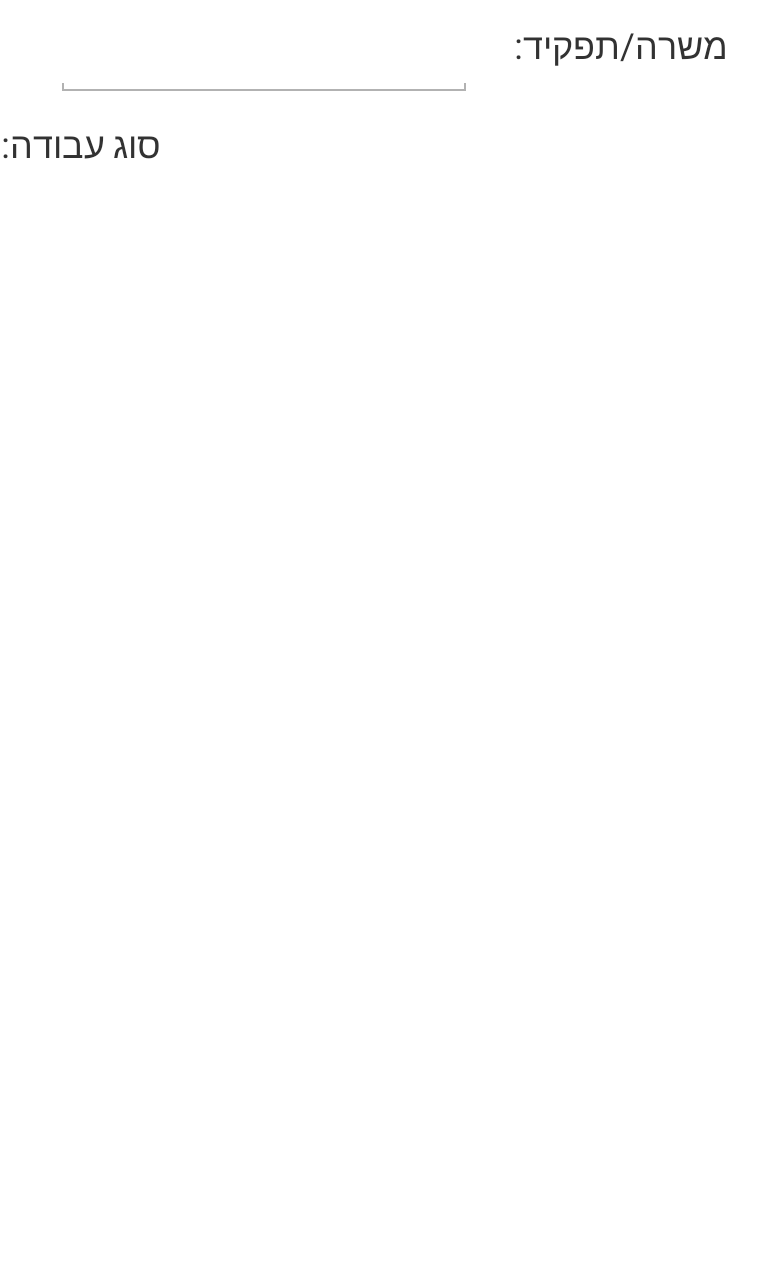
Repository: rodi055/jobli
Layout: Jobli/res/layout/fragment_create_job.xml
The author's editor kept a copy of each file at every save. The layout is drawn from the files as they stood at one save, then again after the next save.
It is drawn on a 768 x 1280 px phone screen (xhdpi) without system bars, with theme AppTheme; the app's code is not run. The app's manifest (not shown) leaves right-to-left support off. So textAlignment, textDirection and layoutDirection are ignored, and left and right values win over start and end ones.

Above is the layout before, as saved 2015-01-02 15:04:16.

### Jobli/res/layout/fragment_create_job.xml
<?xml version="1.0" encoding="utf-8"?>
<LinearLayout xmlns:android="http://schemas.android.com/apk/res/android"
    android:layout_width="match_parent"
    android:layout_height="match_parent"
    android:orientation="vertical" >

    <ScrollView
        android:layout_width="match_parent"
        android:layout_height="wrap_content" >

        <LinearLayout
            android:layout_width="match_parent"
            android:layout_height="match_parent"
            android:orientation="vertical" >

            <RelativeLayout
                android:layout_width="wrap_content"
                android:layout_height="wrap_content"
                android:layout_marginTop="10dp" >

                <TextView
                    android:id="@+id/textView1"
                    android:layout_width="wrap_content"
                    android:layout_height="wrap_content"
                    android:layout_alignParentRight="true"
                    android:layout_alignParentTop="true"
                    android:layout_marginEnd="20dp"
                    android:layout_marginRight="20dp"
                    android:text="משרה/תפקיד:"
                    android:textSize="18sp" />

                <EditText
                    android:id="@+id/editText1"
                    android:layout_width="wrap_content"
                    android:layout_height="wrap_content"
                    android:layout_alignTop="@+id/textView1"
                    android:layout_marginEnd="20dp"
                    android:layout_marginRight="20dp"
                    android:layout_toLeftOf="@+id/textView1"
                    android:ems="10" />
            </RelativeLayout>

            <RelativeLayout
                android:layout_width="wrap_content"
                android:layout_height="wrap_content"
                android:layout_marginTop="10dp" >

                <TextView
                    android:id="@+id/textView2"
                    android:layout_width="wrap_content"
                    android:layout_height="wrap_content"
                    android:text="סוג עבודה:"
                    android:textSize="18sp" />

            </RelativeLayout>
        </LinearLayout>
    </ScrollView>

</LinearLayout>

Loaded but not shown: Jobli/res/values/styles.xml (common file); Jobli/res/values-v11/styles.xml (common file); Jobli/res/values-v14/styles.xml (common file)

After the next save:
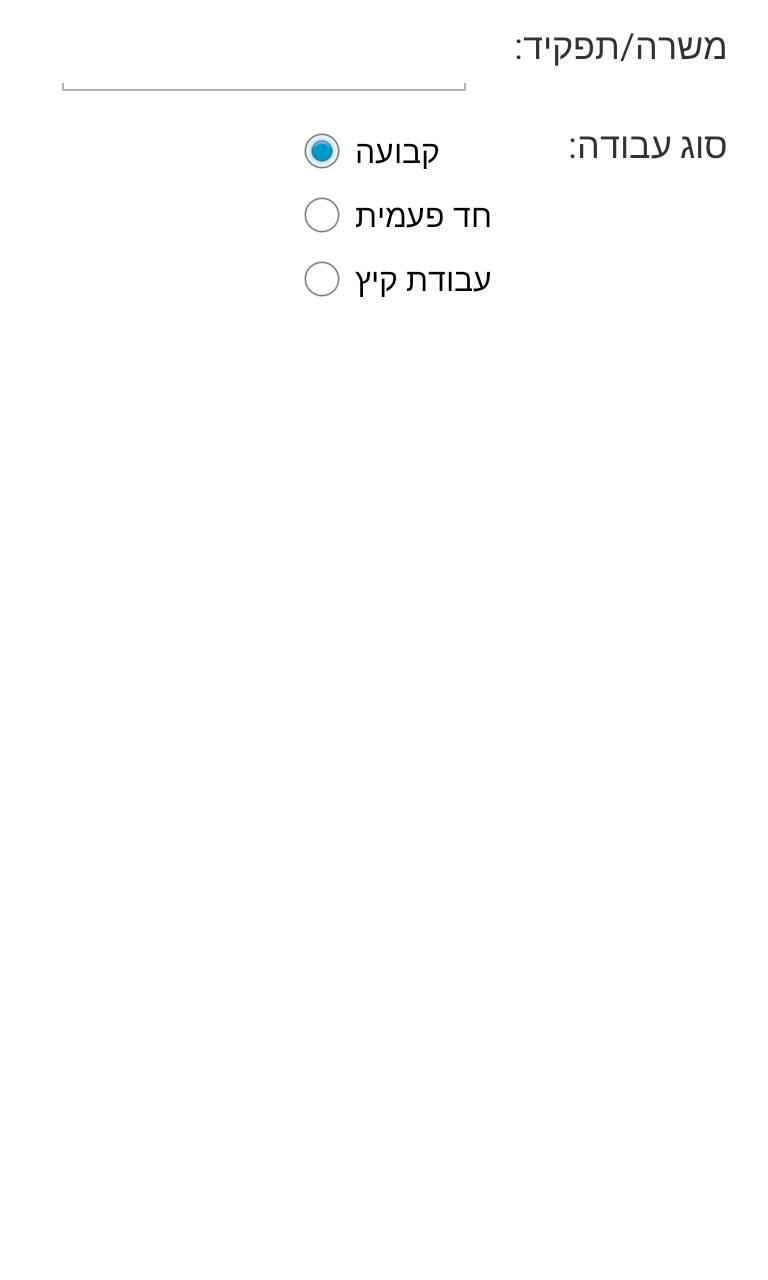
Saved 91 s later.
--- a/Jobli/res/layout/fragment_create_job.xml
+++ b/Jobli/res/layout/fragment_create_job.xml
@@ -49,8 +49,40 @@
                     android:id="@+id/textView2"
                     android:layout_width="wrap_content"
                     android:layout_height="wrap_content"
+                    android:layout_alignParentRight="true"
+                    android:layout_alignParentTop="true"
+                    android:layout_marginEnd="20dp"
+                    android:layout_marginRight="20dp"
                     android:text="סוג עבודה:"
                     android:textSize="18sp" />
+
+                <RadioGroup
+                    android:id="@+id/radioGroup1"
+                    android:layout_width="wrap_content"
+                    android:layout_height="wrap_content"
+                    android:layout_alignParentTop="true"
+                    android:layout_marginRight="38dp"
+                    android:layout_toLeftOf="@+id/textView2" >
+
+                    <RadioButton
+                        android:id="@+id/radio0"
+                        android:layout_width="wrap_content"
+                        android:layout_height="wrap_content"
+                        android:checked="true"
+                        android:text="קבועה" />
+
+                    <RadioButton
+                        android:id="@+id/radio1"
+                        android:layout_width="wrap_content"
+                        android:layout_height="wrap_content"
+                        android:text="חד פעמית" />
+
+                    <RadioButton
+                        android:id="@+id/radio2"
+                        android:layout_width="wrap_content"
+                        android:layout_height="wrap_content"
+                        android:text="עבודת קיץ" />
+                </RadioGroup>
 
             </RelativeLayout>
         </LinearLayout>
